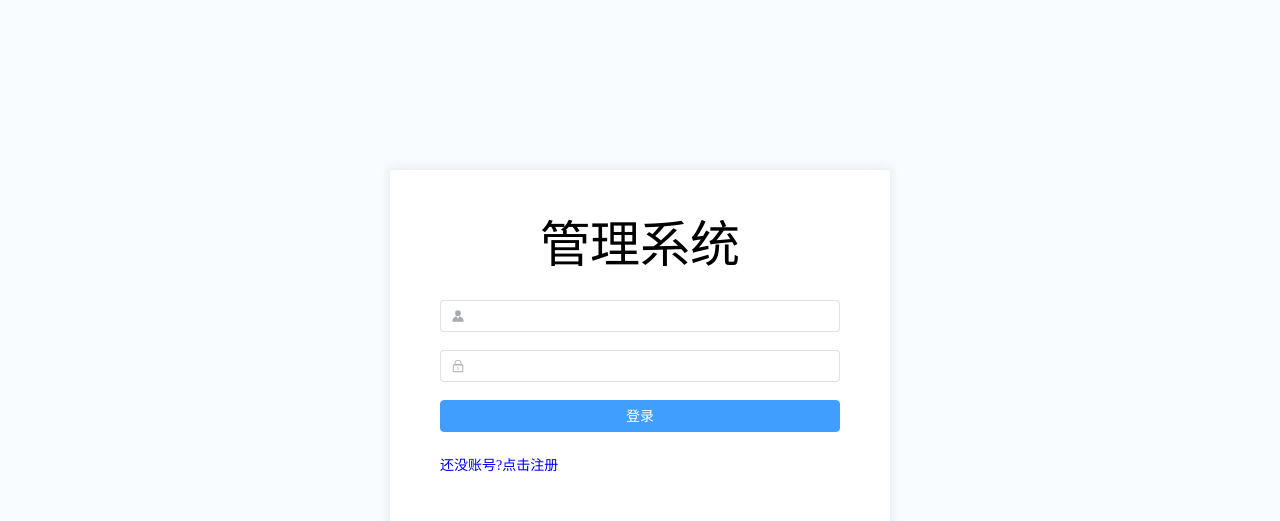
Repository: Harmony-camp/ckw-manager
Page: / (app in manage/)
These files come from the project's save history. The page is drawn as it stood at one moment and after a run of saves; the edit follows.
The browser window is 1280 px wide. The pictures show the whole page.
The page's requests for data from a server got no answer. The project was rebuilt for these pictures with package versions that can differ from the ones it lists, and the page was loaded fresh each time. No one was signed in, and anything a server would have sent is missing. Also part of the build but not shown: manage/vite.config.js.

Above is the page before, as saved 2023-05-26 17:00:19.

### manage/src/main.js
import { createApp } from 'vue'
import router from './router'
import ElementPlus from 'element-plus'
import 'element-plus/dist/index.css'
import App from './App.vue'
import store from './store'
import * as ELIcons from '@element-plus/icons-vue'
import storage from './utils/storage'

const app = createApp(App)

app.directive("has",{
	beforeMount:(el,binding)=>{

		let actionList = storage.getItem("actionList")
		let value = binding.value
		let hasPermission = actionList.includes(value)
		if(!hasPermission){
			el.style="display:none"
			setTimeout(()=>{
				el.parentNode.removeChild(el)
			},0)
		}
	}
})

for (let iconName in ELIcons) {
	app.component(iconName, ELIcons[iconName])
}

app.use(router).use(store).use(ElementPlus).mount('#app')

### manage/src/router/index.js
import { createRouter, createWebHashHistory } from 'vue-router'
import { defineAsyncComponent } from 'vue'

import storage from '../utils/storage'
import {getPermissionList} from '../api'
import utils from '../utils/utils'

const routes = [
  {
    name: "home",
    path: "/",
    component: ()=>import("../components/Home.vue"),
    redirect: "Welcome",
    meta: {
      title: "首页"
    },
    children: [
      {
        name: "welcome",
        path: "/welcome",
        meta: {
          title: "欢迎使用本系统"
        },
        component: () => import("../views/Welcome.vue")
      },
      {
        name: "profile",
        path: "/profile",
        redirect: "analysis",
        meta: {
          title: "个人中心"
        },
        component: () => import("../views/profile/index.vue"),
        children:[
          {
            name: "analysis",
            path: "/profile/analysis",
            meta: {
              title: "个人整体分析"
            },
            component: () => import("../views/profile/Analysis.vue"),
          },
          {
            name: "award-time",
            path: "/profile/award-time",
            meta: {
              title: "获奖时间"
            },
            component: () => import("../views/profile/AwardTime.vue"),
          },
        ]
      },
    ]
  },

  {
    name: "login",
    path: "/login",
    meta: {
      title: "登录"
    },
    component: () => import("../views/login/Login.vue")
  },
  {
    name: "register",
    path: "/register",
    meta: {
      title: "注册"
    },
    component: () => import("../views/login/Register.vue")
  },
  {
    name: "ForgotPassword",
    path: "/ForgotPassword",
    meta: {
      title: "注册"
    },
    component: () => import("../views/login/ForgotPassword.vue")
  },

  {
    name: "404",
    path: "/404",
    meta: {
      title: "页面不存在"
    },
    component: () => import("../views/login/404.vue")
  },

]

const router = createRouter({
  history: createWebHashHistory(),
  routes
})

async function loadAsyncRoutes(){
  let userinfo  = storage.getItem("userinfo") || {}
  if(userinfo.token){
    try{
      const {menuList} =  await getPermissionList()
      let routes = utils.generateRoute(menuList)
      routes.map(route=>{
        let url = `../views/${route.component}.vue`
        route.component =  ()=>import(/* @vite-ignore */url)
        router.addRoute("home",route)
      })
    }catch(error){
      console.log('error :>> ', error);
    }
  }
}

await loadAsyncRoutes()
function checkPermission(path){
  let routes =[]
  router.getRoutes().forEach(item=>{
    routes.push(item.path)
  })
  return routes.includes(path)
}

router.beforeEach((to,form,next)=>{
  if(checkPermission(to.path) || to.path =="/"){
    document.title = to.meta.title
    next()
  }else{
    next("/404")
  }
})

export default router

### manage/src/App.vue
<template>
  <router-view></router-view>
</template>

<script setup>

</script>

<style lang="scss">
@import './assets/style/reset.css';
@import './assets/style/index.scss';
</style>

### manage/src/store/index.js
/**
 * vuex状态管理
 */
import {createStore} from 'vuex'
import mutations from './mutations'
import storage from '../utils/storage'

const state = {
  userinfo:storage.getItem("userinfo") || {},
  menuLit:storage.getItem("menuList") || [],
  actionList :storage.getItem("actionListList") || [],
  noticeCount:0
}

export default createStore({
  state,
  mutations
})

### manage/src/utils/storage.js
/**
 * Storage二次封装
 * @author yyy
 */
import config from "../config"

export default{
  setItem(key,val){
    let storage = this.getStorage()
    storage[key] = val
    window.localStorage.setItem(config.namespace,JSON.stringify(storage))
  },
  getItem(key){
    return this.getStorage()[key]
  },
  getStorage(){
    return JSON.parse( window.localStorage.getItem(config.namespace )|| "{}")
  },
  clearItem(key){
    let storage = this.getStorage()
    delete storage[key]
    window.localStorage.setItem(config.namespace,JSON.stringify(storage))
  },
  clearAll(){
    window.localStorage.clear()
  },
}

### manage/src/api/index.js
/**
 * api管理
 */

import request from "../utils/request"

/**
 * 用户登录
 * @param {Object} params
 * @returns
 */
export  const UserLogin = (params)=>{
  return request({
      url:"/users/login",
      method:"post",
      data:params,
    })
  }

/**
 * 获取是否有信息需要处理
 * @param {Object} params
 * @returns
 */
export  const NoticeCount = (params)=>{
  return request({
    url:"/leave/count",
    method:"get",
    data:params,
    // mock:true
  })
}

/**
 * 获取菜单
 * @returns
 */
export  const MenuList = (params)=>{
  return request({
    url:"/menu/list",
    method:"get",
    data:params,
    // mock:true
  })
}

/**
 * 获取用户列表
 * @param {Object} params
 * @returns
 */

export  const GetUserList = (params)=>{
  return request({
    url:"/users/list",
    method:"get",
    data:params,
  })
}
export  const GetAllUserList = ()=>{
  return request({
    url:"/users/all/list",
    method:"get",
    // mock:true
  })
}
/**
 * 删除用户，可批量删除
 * @param {Array} params
 * @returns
 */
export  const UserDelete = (params)=>{
  return request({
    url:"/users/delete",
    method:"post",
    data:params,
    // mock:true
  })
}
/**
 * 获取角色信息
 * @returns
 */
export  const GetRoleAllList = ()=>{
  return request({
    url:"/roles/allList",
    method:"get",
    data:{},
    // mock:true
  })
}
export  const GetRoleList = (param)=>{
  return request({
    url:"/roles/list",
    method:"get",
    data:param,
    // mock:true
  })
}
/**
 * 获取部门信息
 * @returns
 */
export  const GetDeptList = (params)=>{
  return request({
    url:"/dept/list",
    method:"get",
    data:params,
    // mock:true
  })
}

/**
 * 角色增删改查
 * @param {Object} params
 * @returns
 */
export  const UserSubmit = (params)=>{
  return request({
    url:"/users/operate",
    method:"post",
    data:params,
    // mock:true
  })
}
/**
 * 菜单操作
 * @param {Object} params
 * @returns
 */
export  const MenuSubmit = (params)=>{
  return request({
    url:"/menu/operate",
    method:"post",
    data:params,
    // mock:true
  })
}

export  const RoleOperate = (params)=>{
  return request({
    url:"/roles/operate",
    method:"post",
    data:params,
    // mock:true
  })
}
export  const DeptOperate = (params)=>{
  return request({
    url:"/dept/operate",
    method:"post",
    data:params,
    // mock:true
  })
}
export  const UpdatePermission = (params)=>request({
    url:"/roles/update/permission",
    method:"post",
    data:params,
    // mock:true
})



export const getPermissionList = ()=>request.get("/users/getPermissionList")
export const GetApplyList  = params=>request.get("/leave/list",params,{mock:false})
export const LeaveOperate  = params=>request.post("/leave/operate",params,{mock:false})
export const LeaveApprove  = params=>request.post("/leave/approve",params,{mock:false})

export const dataToTestify  = params=>request.post("/teacher/createTestify",params)

//获取注册页面角色
export const getRegisterRoleList = params=>request.get("/roles/allList",params)

//获取模块分类排序数据
export const querySortList = params=>request.get("/teacher/query",params)

export const GetTeacherlList = params=>request.get("/teacher/list",params)
export const GetTeacherApprovallList = params=>request.get("/teacher/approvalList",params)

### manage/src/utils/utils.js
/**
 * 工具函数封装
 */
import {GetTeacherlList} from '../api'
export default{
  formateDate(date,rule){
    let fmt = rule || 'MM-dd hh:mm:ss'

    const o = {

      "M+":date.getMonth(),
      "d+":date.getDate(),
      "h+":date.getHours(),
      "m+":date.getMinutes(),
      "s+":date.getSeconds(),

    }
    for(let key in o){
      if(new RegExp(`(${key})`).test(fmt)){
        const val = o[key] + ''
        fmt =  fmt.replace(RegExp.$1,RegExp.$1.length==1?val:('00'+val).substring(val.length))
      }
    }
    return date.getFullYear()+"-" + fmt
  },
  generateRoute(menuList){
    let routes = []

    const deepList = (list)=>{
      while(list.length){
        let item = list.pop()
        if(item.action){
          routes.push({
            name:item.menuName,
            path:item.path,
            meta:{
              title:item.menuName
            },
            component:item.component
          })

        }
        if(item.children && !item.action){
          deepList(item.children)
        }
      }
    }
    deepList(menuList)
    return routes
  },
  async getTeacherApprovalList(action,userId){

    let res = await GetTeacherlList({action,userId})
    return res
  }
}

### manage/src/views/login/Login.vue
<template>
  <div class="login-wrapper">
    <div class="modal">
      <el-form :model="user" status-icon :rules="rules" ref="userForm">
        <div class="title">管理系统</div>
        <el-form-item prop="username">
          <el-input type="text" :prefix-icon="Avatar" v-model="user.username"/>
        </el-form-item>
        <el-form-item prop="password">
          <el-input type="password" :prefix-icon="Lock" v-model="user.password"/>
        </el-form-item>
        <el-form-item>
          <el-button class="btn-login" type="primary" @click="login">登录</el-button>
        </el-form-item>
        <el-form-item >
          <router-link to="/register">还没账号?点击注册</router-link>
        </el-form-item>
      </el-form>
    </div>
  </div>
</template>

<script setup>
import { useRouter } from "vue-router";
import { Avatar, Lock } from "@element-plus/icons-vue";
import {ref,nextTick} from 'vue'
import { useStore } from "vuex";
import {UserLogin,getPermissionList} from '../../api'
import utils from '../../utils/utils'
import storage from '../../utils/storage'

const router = useRouter()
const store = useStore()
const user = ref({
  username:"",
  password:""
})
const rules = ref({
  username:[
    {required:true,message:"请输入用户名",trigger:"blur"}
  ],
  password:[
    {required:true,message:"请输入密码",trigger:"blur"}
  ],
})
const userForm = ref(null)

const login = ()=>{
  userForm.value.validate(valid=>{
    if(valid){
      UserLogin(user.value).then(async res=>{
        console.log(res);
        store.commit("saveUserInfo",res)
        await loadAsyncRoutes()
        nextTick(()=>{
          router.push("/welcome")
        })
      })
    }else{
      return false
    }
  })
}
async function loadAsyncRoutes(){
  let userinfo  = storage.getItem("userinfo") || {}
  if(userinfo.token){
    try{
      const {menuList} =  await getPermissionList()
      let routes = utils.generateRoute(menuList)
      routes.map(route=>{
        let url = `../${route.component}.vue`
        route.component =  ()=>import(/* @vite-ignore */url)
        router.addRoute("home",route)
      })
    }catch(error){
      console.log('error :>> ', error);
    }
  }
}

</script>

<style lang="scss">
.login-wrapper{
  display: flex;
  justify-content: center;
  align-items: center;
  background-color: #f9fcff;
  width: 100vw;
  height: 100vh;
  .modal{
    width: 500px;
    padding: 50px;
    background-color: #fff;
    border-radius: 4px ;
    box-shadow: 0px 0px 10px 3px #c7c9cb4d;
    .title{
      font-size: 50px;
      line-height: 50px;
      text-align: center;
      margin-bottom: 30px;
    }
    .btn-login{
      width: 100%;
    }
  }
}
</style>

### manage/src/views/login/404.vue


<template>
  <div class="exception">
    <img src="../../assets/images/404.jpeg" alt="">
    <el-button @click="goHome">回首页</el-button>
  </div>
</template>

<script setup>
import {useRouter} from 'vue-router'
import {MenuList} from '../../api'
const router = useRouter()

function goHome(){  router.push("/welcome")
}
MenuList().then().catch(err=>{router.push("/login")})
</script>

<style lang="scss" >
.exception{
  position: relative;
  img{
    width: 100%;
    height: 99vh;
  }
  .el-button{
    position: fixed;
    bottom: 100px;
    left: 50%;
    margin-left: -34px;
  }
}

</style>

### manage/src/assets/style/index.scss
html, body {
  height: 100%;
  width: 100%;
}
*:not([class^='el-']) {
  box-sizing: border-box;
}
.white{
  background-color: #ffffff;
}
a{
  text-decoration: none;
}
.gray{
  background-color: #eef0f3;
}
.mr10{
  margin-right: 10px;
}
.mr20{
  margin-right: 20px;
}
.mb20{
  margin-bottom: 20px;
}
.m-lr10{
  margin-left: 10px;
  margin-right: 10px;
}
.p20{
  padding: 20px;
}
.pl20{
  padding-left: 20px;
}
.text-right{
  text-align: right;
}
.fr{
  float: right;
}
.flex{
  display: flex;
}
.flex-between{
  display: flex;
  justify-content: space-between;
}
.flex-center{
  display: flex;
  justify-content: center;
}
.tips{
  margin-left: 15px;
  color: #787878;
}


/*
* 公共样式
*/
.query-form {
  background-color: #ffffff;
  padding: 22px 20px 0;
  border-radius: 5px;
}
.base-table {
  border-radius: 5px;
  background: #ffffff;
  margin-top: 20px;
  margin-bottom: 20px;
  .action {
    border-radius: 5px 5px 0px 0px;
    background: #ffffff;
    padding: 20px;
    border-bottom: 1px solid #ece8e8;
  }
  .el-pagination{
     justify-content: flex-end;
     padding-right: 20px;
     padding-top: 20px;
     padding-bottom: 5px;
  }

}

### manage/src/store/mutations.js
/**
 * Mutations业务层数据提交
 */


import storage from "../utils/storage";

export default {
  saveUserInfo(state,userinfo){
    state.userinfo = userinfo;
    storage.setItem("userinfo",userinfo)
  },
  saveMenuList(state,menuList){
    state.menuList = menuList;
    storage.setItem("menuList",menuList)
  },
  saveActionList(state,actionList){
    state.actionList = actionList;
    storage.setItem("actionList",actionList)
  },
  saveNoticeCount(state,noticeCount){
    state.noticeCount = noticeCount;
    storage.setItem("noticeCount",noticeCount)
  },
}

### manage/src/config/index.js

const env = import.meta.env.MODE || "prod";

const EnvConfig = {
  dev:{
    baseApi:"/api",
    mockApi:"https://www.fastmock.site/mock/fa4c18963ab634ec12a063962937ba52/api"
  },
  test:{
    baseApi:"https://www.fastmock.site/mock/fa4c18963ab634ec12a063962937ba52/api",
    mockApi:"https://www.fastmock.site/mock/fa4c18963ab634ec12a063962937ba52/api"
  },
  prod:{
    baseApi:"/api",
    mockApi:"https://www.fastmock.site/mock/fa4c18963ab634ec12a063962937ba52/api"
  }
}

export default{
  env:"dev",
  mock:false,
  namespace:'manage',
  ...EnvConfig[env]
}

### manage/src/utils/request.js
/**
 * axios二次封装
 */

import axios from 'axios'
import {ElMessage} from 'element-plus'
import router from '../router'
import config from '../config'
import storage from './storage'
const TOKEN_INVALID = "token认证失败，请从新登陆"
const NETWORK_ERROR = "网络请求异常，请稍后重试"

//TODO axios实例对象，添加全局配置
const service = axios.create({
  baseURL:config.baseApi,
  timeout:8000
})


service.interceptors.request.use(req=>{

  //TODO 封装请求拦截
  const headers = req.headers;
  const {token} = storage.getItem("userinfo") || {}
  if(!headers.Authorization) headers.Authorization = "Bearer "  + token
  return req

})


service.interceptors.response.use(res=>{
  const {code,data,msg} = res.data;
  if(code === 200) return data;
  else if(code === 50001){
    ElMessage.error(TOKEN_INVALID)
    setTimeout(()=>{
      router.push('/login')
      return Promise.reject(TOKEN_INVALID)
    },1500)
  }else{
    ElMessage.error(msg|| NETWORK_ERROR)
    return Promise.reject(msg||NETWORK_ERROR)
  }

})


/**
 * 请求核心参数
 * @param {*} options 请求配置
 * @returns
 */

function request(options){
  options.method = options.method || "get"
  if(options.method.toLowerCase() === 'get'){
    options.params = options.data;
  }
  let isMock  = config.mock
  if(typeof options.mock != "undefined") isMock = options.mock
  if(config.env === 'prod'){
    service.defaults.baseURL = config.baseApi
  }else{
    service.defaults.baseURL = isMock? config.mockApi:config.baseApi
  }
  return service(options)
}

["get","post","put","delete",'patch'].forEach(item=>{
  request[item] = (url,data,options)=>{
    return request({
      url,
      data,
      method:item,
      ...options
    })
  }
})

export default request

Loaded but not shown: manage/index.html (common file); manage/src/assets/style/reset.css (common file)

After the next 3 saves:
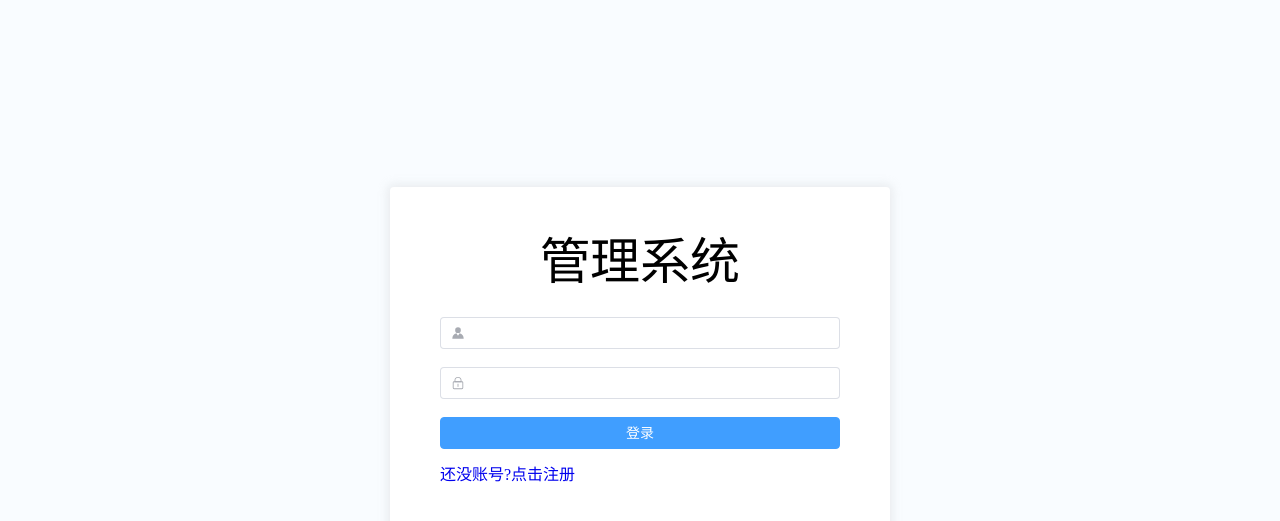
The 3 saves are shown as one change because they came seconds apart.
The last was saved 101 min 35 s later.
--- a/manage/src/views/login/Login.vue
+++ b/manage/src/views/login/Login.vue
@@ -12,9 +12,9 @@
         <el-form-item>
           <el-button class="btn-login" type="primary" @click="login">登录</el-button>
         </el-form-item>
-        <el-form-item >
-          <router-link to="/register">还没账号?点击注册</router-link>
-        </el-form-item>
+
+        <router-link to="/register">还没账号?点击注册</router-link>
+
       </el-form>
     </div>
   </div>
